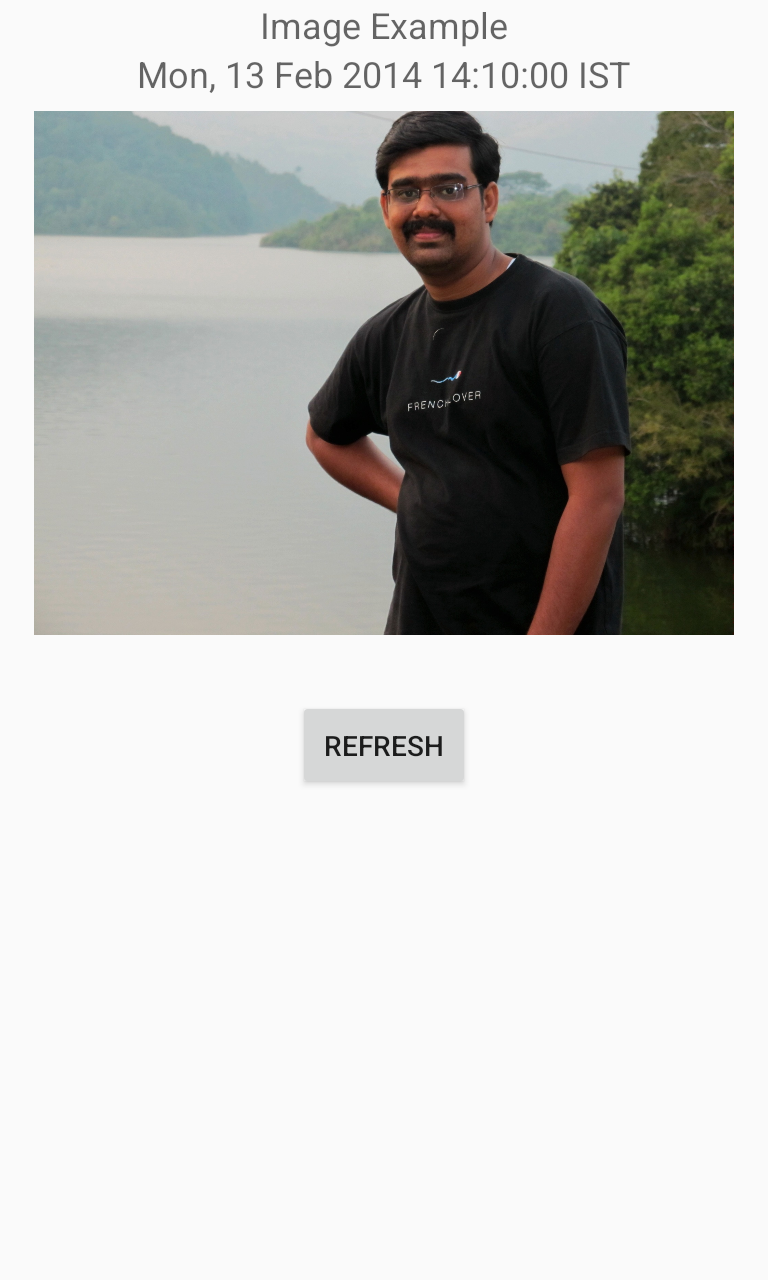
Repository: prasanna0586/AndroidSampleApp
Layout: AndroidLove/res/layout/activity_haiku_display.xml
These files come from the project's save history. The layout is drawn as it stood at one moment and after the next save; the edit follows.
It is drawn on a 768 x 1280 px phone screen (xhdpi) without system bars, with theme AppTheme; the app's code is not run.

Above is the layout before, as saved 2015-02-25 13:13:49.

After the next save:
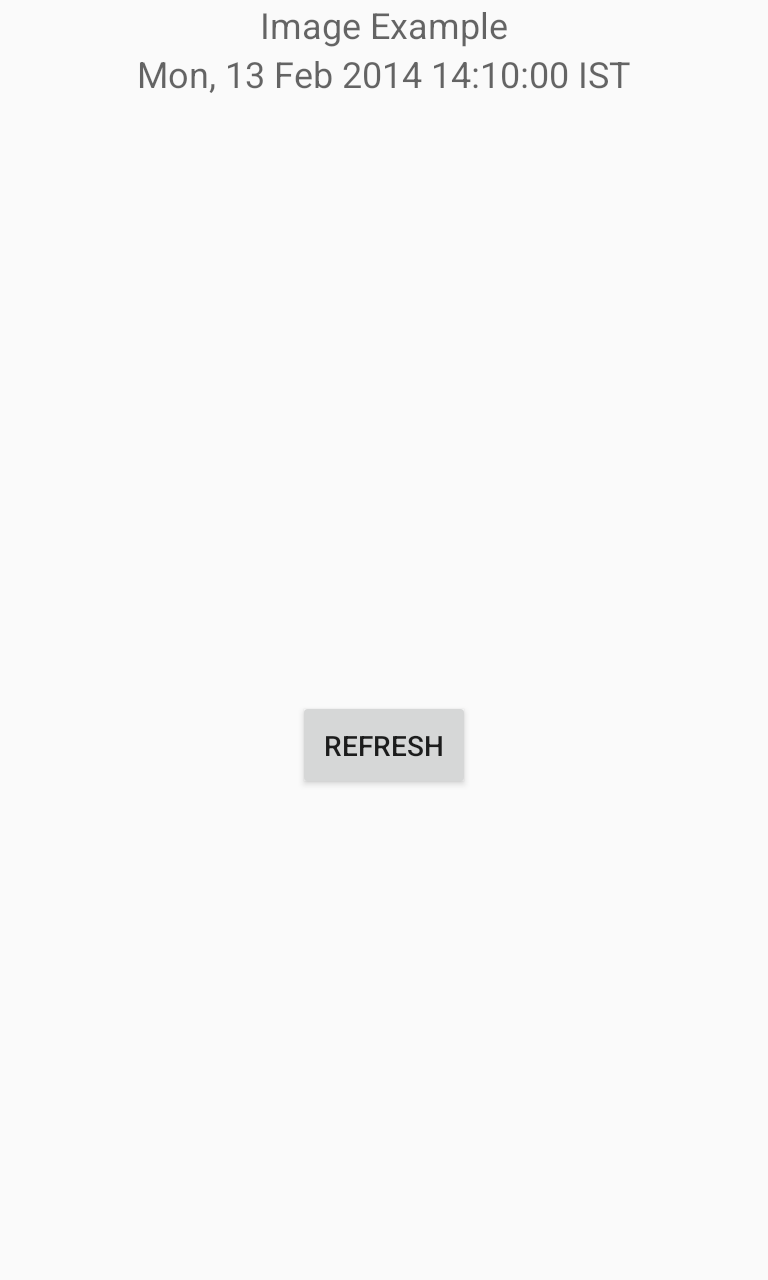
Saved 23 h 34 min later.
--- a/AndroidLove/res/layout/activity_haiku_display.xml
+++ b/AndroidLove/res/layout/activity_haiku_display.xml
@@ -28,7 +28,6 @@
             android:id="@+id/imageView1"
             android:layout_width="350dp"
             android:layout_height="275dp"
-            android:src="@drawable/prasanna"
             android:adjustViewBounds="true" />
 
         <TextView
